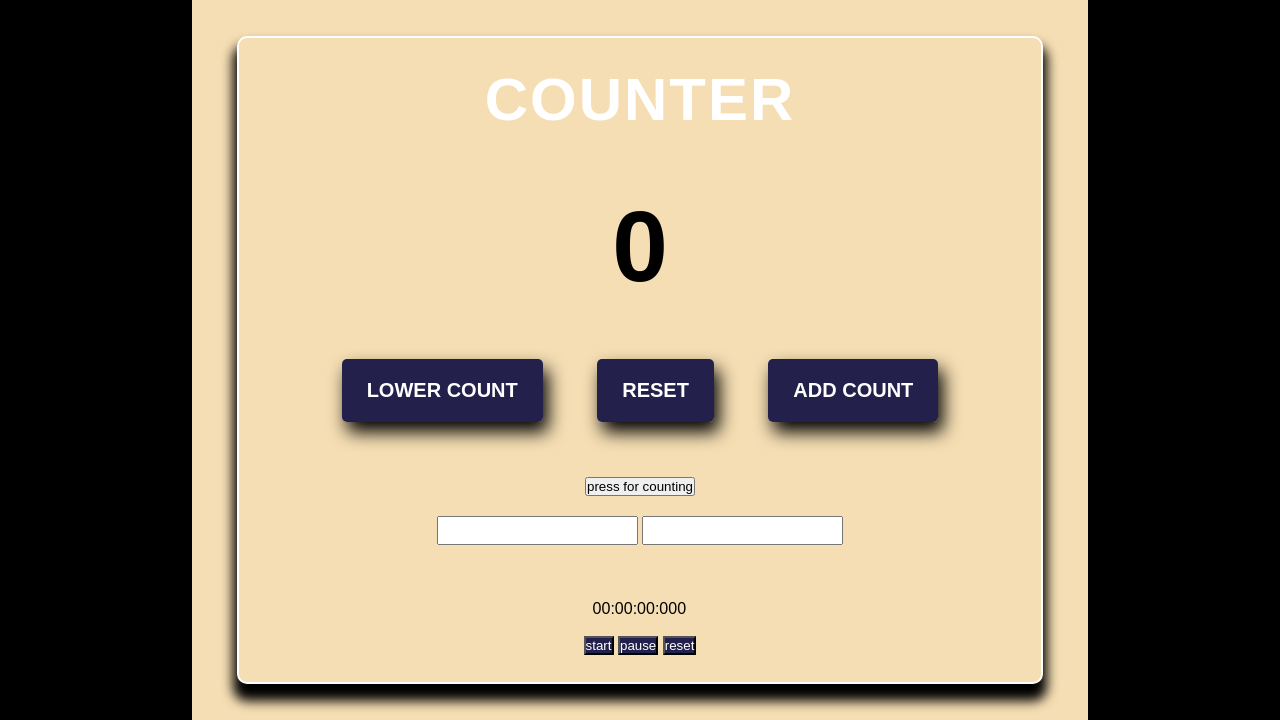
Repository: Seryozha02/Calculator
Page: calculator.html
These files come from the project's save history. The page is drawn as it stood at one moment and after a run of saves; the edit follows.
The browser window is 1280 px wide. The pictures show the whole page.

Above is the page before, as saved 2022-02-16 01:16:43.

### calculator.html
<!DOCTYPE html>
<html lang="en">
  <head>
    <meta charset="UTF-8" />
    <meta http-equiv="X-UA-Compatible" content="IE=edge" />
    <meta name="viewport" content="width=device-width, initial-scale=1.0" />
    <link rel="stylesheet" href="./calculator.css" />
    <title>Counter</title>
  </head>
  <body>
    <div class="body">
        <div class="parent">
            <div class="main">
                <div class="countText">
                    <h1>COUNTER</h1>
                </div>
                <div class="number">
                    <p id="num">0</p>
                </div>
                <div class="options">
                    <button class="leftButton">LOWER COUNT</button>
                    <button class="centerButton">RESET</button>
                    <button class="rightButton">ADD COUNT</button>
                </div>
                <div class="hashvichParent">
                    <button class="hashvich">press for counting </button>
                    <input type="number" id="inputNum1"><span class="plyus"></span>
                    <input type="number" id="inputNum2"><span class="equals"></span>
                    <span id="valueOfSum"></span>
                </div>
                <form name="form_main">
                    <div class="timer">
                      <span id="hour">00</span>:<span id="minute">00</span>:<span id="second">00</span>:<span id="millisecond">000</span>
                    </div>

                    <br />

                    <button type="button" name="start" class="start">start</button>
                    <button type="button" name="pause" class="pause">pause</button>
                    <button type="button" name="reset" class="reset">reset</button>
                  </form>

            </div>
        </div>
    </div>
    <script src="./calculator.js"></script>
  </body>
</html>

### calculator.css
* {
    margin: 0;
    padding: 0;
    box-sizing: border-box;
    font-family: 'Poppins', sans-serif;
}

.body {
    background-color: black;
    position: absolute;
    width: 100%;
    height: 100%;
    display: flex;
    align-items: center;
    justify-content: center;
}

.parent {
    background-color: wheat;
    position: relative;
    width: 70%;
    height: 100%;
    display: flex;
    align-items: center;
    justify-content: center;
}
.timer{
    margin-left: 9px;
}

.main {
    background-color: wheat;
    position: relative;
    width: 90%;
    height: 90%;
    display: flex;
    align-items: center;
    justify-content: center;
    flex-direction: column;
    border: 2px solid white;
    border-radius: 10px;
    box-shadow: 0px 13px 12px 4px;
    display: flex;
    flex-direction: column;
    justify-content: space-around;
}

.countText {
    display: flex;
    align-items: center;
    justify-content: center;
    letter-spacing: 2px;
    color: white;
    font-size: 30px;
}

.number {
    font-size: 100px;
    font-weight: 600;
    color: black(42, 44, 42);
}

.options button {
    background-color: rgba(7, 7, 63, 0.884);
    border-radius: 5px;
    color: white;
    font-size: 20px;
    font-weight: 600;
    cursor: pointer;
    border: none;
    padding: 20px 25px 20px 25px;
    box-shadow: 5px 10px 18px black;
}
.start{
    background-color: rgba(7, 7, 63, 0.884);
    color: white;
    cursor: pointer;
}

.pause{
    background-color: rgba(7, 7, 63, 0.884);
    color: white;
    cursor: pointer;
}


.reset{
    background-color: rgba(7, 7, 63, 0.884);
    color: white;
    cursor: pointer;
}

.options button:hover,
.btn button:hover {
    transform: scale(0.96);
}

.options button.leftButton {
    margin-right: 50px;
}

.options button.rightButton {
    margin-left: 50px;
}

.hashvichParent {
    text-align: -webkit-center;
}

.hashvich {
    display: flex;
    margin-bottom: 20px;
    cursor: pointer;
}

input {
    padding: 5px 10px;
}

### calculator.js
const leftButton = document.querySelector(".leftButton");
const centerButton = document.querySelector(".centerButton");
const rightButton = document.querySelector(".rightButton");
const num = document.getElementById("num");
const hashvich = document.querySelector(".hashvich");
const valueOfSum = document.getElementById("valueOfSum");
const inputNum1 = document.getElementById("inputNum1");
const inputNum2 = document.getElementById("inputNum2");
const plyus = document.querySelector(".plyus")
const equals = document.querySelector(".equals")

let i = 0;
leftButton.addEventListener("click", function minus() {
    i--;
    num.innerHTML = i;
});

rightButton.addEventListener("click", function pulus() {
    i++;
    num.innerHTML = i;
});

centerButton.addEventListener("click", function reset() {
    i = 0;
    num.innerHTML = i;
});

function add(a) {
    return function name(b) {
        return a + b;
    }
}

hashvich.addEventListener("click", function() {
    plyus.innerText = "+"
    equals.innerText = "="
    let inputNum1Value = Number(inputNum1.value);
    let inputNum2Value = Number(inputNum2.value);
    valueOfSum.innerText = add(inputNum1Value)(inputNum2Value)
});

let hour = 0;
let minute = 0;
let second = 0;
let millisecond = 0;

let cron;

document.form_main.start.onclick = () => start();
document.form_main.pause.onclick = () => pause();
document.form_main.reset.onclick = () => reset();

function start() {
    pause();
    cron = setInterval(() => { timer(); }, 10);
  }

  function pause() {
    clearInterval(cron);
  }

  function reset() {
    hour = 0;
    minute = 0;
    second = 0;
    millisecond = 0;
    document.getElementById('hour').innerText = '00';
    document.getElementById('minute').innerText = '00';
    document.getElementById('second').innerText = '00';
    document.getElementById('millisecond').innerText = '000';
  }
  function timer() {
    if ((millisecond += 10) == 1000) {
      millisecond = 0;
      second++;
    }
    if (second == 60) {
      second = 0;
      minute++;
    }
    if (minute == 60) {
      minute = 0;
      hour++;
    }
    document.getElementById('hour').innerText = returnData(hour);
    document.getElementById('minute').innerText = returnData(minute);
    document.getElementById('second').innerText = returnData(second);
    document.getElementById('millisecond').innerText = returnData(millisecond);
  }

  function returnData(input) {
    return input > 10 ? input : `0${input}`
  }

After the next 2 saves:
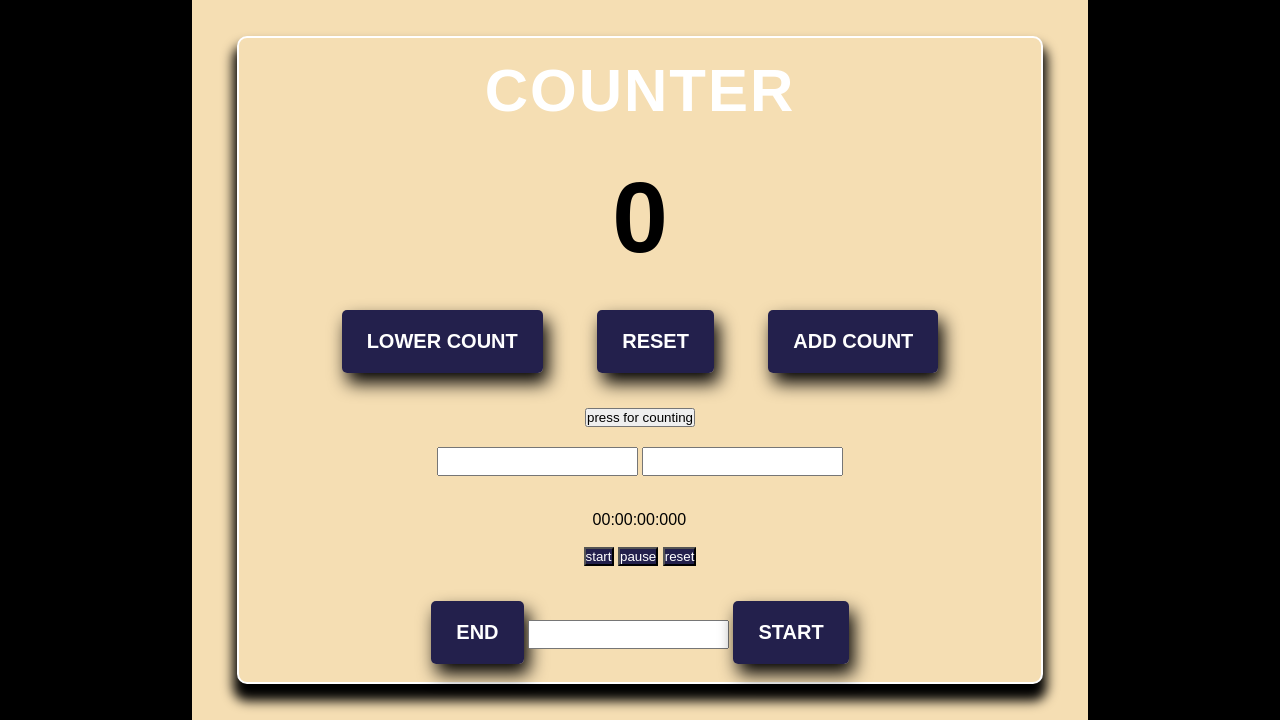
The 2 saves are shown as one change because they came seconds apart.
The last was saved 8 min 51 s later.
--- a/calculator.html
+++ b/calculator.html
@@ -40,6 +40,12 @@
                     <button type="button" name="reset" class="reset">reset</button>
                   </form>
 
+                  <div class="options">
+                    <button class="fibonLeft">END</button>
+                    <input id="inputNumFibo">
+                    <button class="fibonRight">START</button>
+                </div>
+
             </div>
         </div>
     </div>
